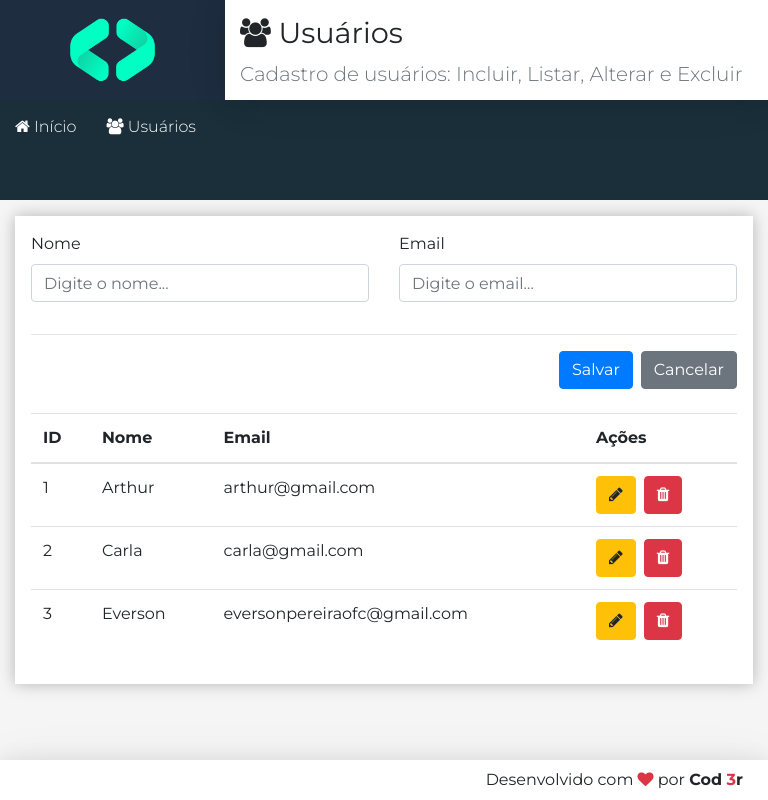
Repository: eversonps/projeto-cadastro-usuarios-firebase
Page: /users (app in frontend/)
These files come from the project's save history. The page is drawn as it stood at one moment and after the next save; the edit follows.
The browser window is 768 px wide. The pictures show the whole page.
The project was rebuilt for these pictures with package versions that can differ from the ones it lists, and the page was loaded fresh each time. Requests to the local data server were answered from the project's data file. Also part of the build but not shown: frontend/src/components/home/home.jsx.

Above is the page before, as saved 2022-03-22 15:33:22.

After the next save:
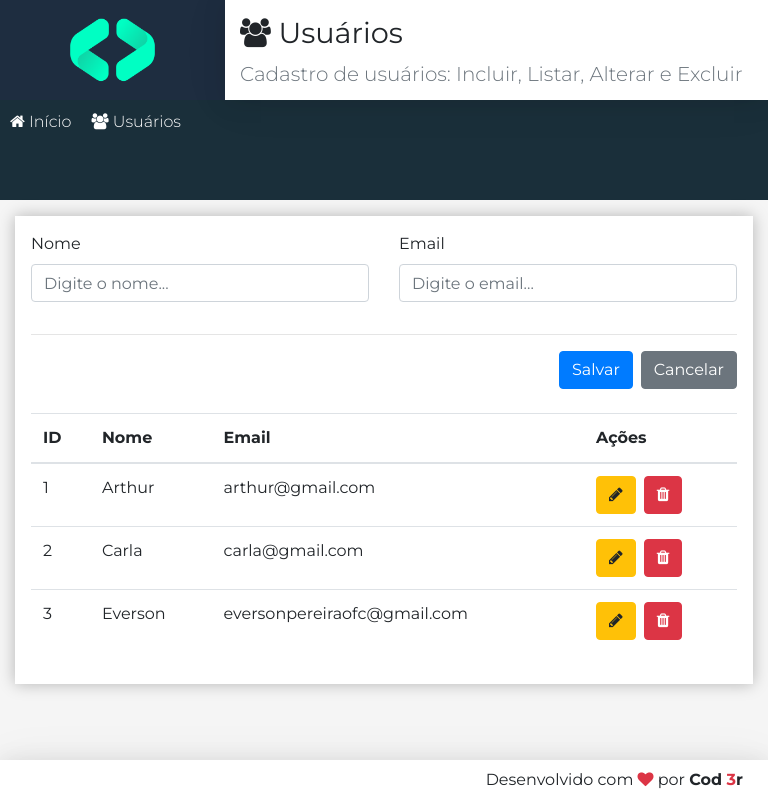
Saved 13 s later.
--- a/frontend/src/components/template/nav.css
+++ b/frontend/src/components/template/nav.css
@@ -23,6 +23,7 @@ aside.menu-area{
     }
 
     .menu a{
-
+        display: inline;
+        padding: 10px;
     }
 }
